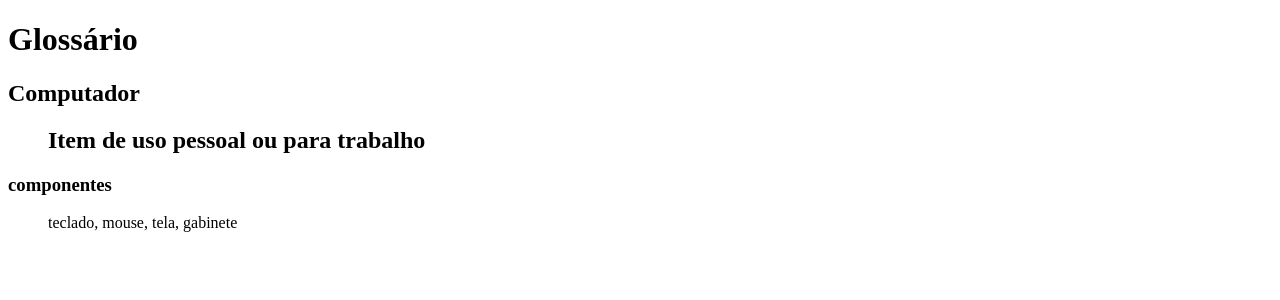
Repository: RenatoCCS/Mais1Code
Page: Rocketseat/Fundamentar/01 - O guia estelar de HTML/Desafios/1_Glossario/glossary.html
The author's editor kept a copy of each file at every save. The page is drawn from the files as they stood at one save, then again after the next save.
The browser window is 1280 px wide. The pictures show the whole page.

Above is the page before, as saved 2022-04-18 20:33:43.

### Rocketseat/Fundamentar/01 - O guia estelar de HTML/Desafios/1_Glossario/glossary.html
<!DOCTYPE html>
<html lang="pt-br">
<head>
    <meta charset="UTF-8">
    <meta http-equiv="X-UA-Compatible" content="IE=edge">
    <meta name="viewport" content="width=device-width, initial-scale=1.0">
    <title>Glossário</title>
</head>
<body>

    <h1>Glossário</h1>
<dl>
    <h2><dt>Computador</dt><h2>
    <dd>Item de uso pessoal ou para trabalho</dd>

    <h3><dt>componentes</dt></h3>
    <dd>teclado, mouse, tela, gabinete</dd>
</dl>



</body>
</html>

After the next save:
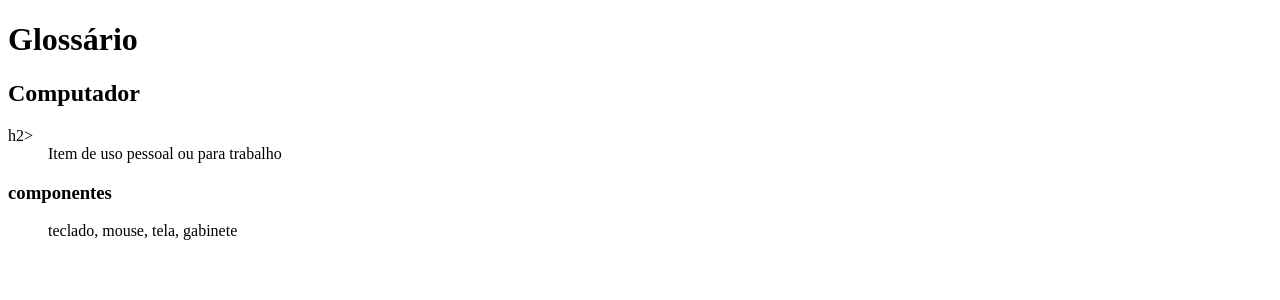
Saved 11 s later.
--- a/Rocketseat/Fundamentar/01 - O guia estelar de HTML/Desafios/1_Glossario/glossary.html
+++ b/Rocketseat/Fundamentar/01 - O guia estelar de HTML/Desafios/1_Glossario/glossary.html
@@ -10,7 +10,7 @@
 
     <h1>Glossário</h1>
 <dl>
-    <h2><dt>Computador</dt><h2>
+    <h2><dt>Computador</dt></dl>h2>
     <dd>Item de uso pessoal ou para trabalho</dd>
 
     <h3><dt>componentes</dt></h3>
